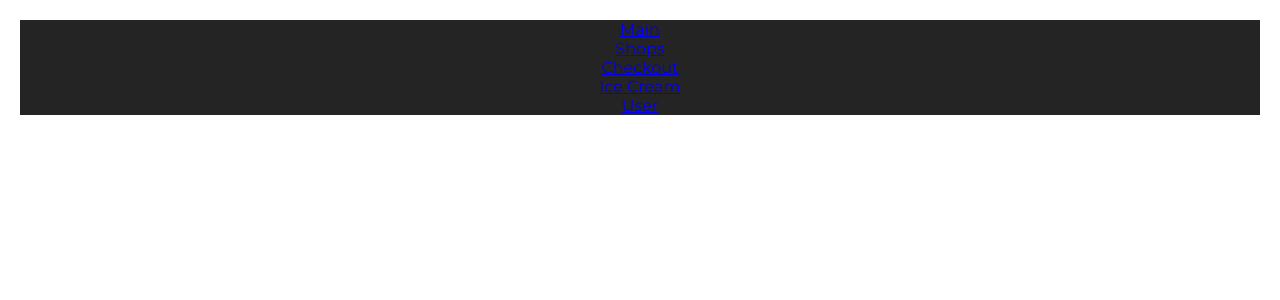
Repository: squirrellypenguin/Frozzy-React-Frontend
Page: /user
An editor plug-in stored every save of this project. The page is shown before and after the next save, followed by the edit.
The browser window is 1280 px wide. The pictures show the whole page.
The page's requests for data from a server got no answer. The project was rebuilt for these pictures with package versions that can differ from the ones it lists, and the page was loaded fresh each time. No one was signed in, and anything a server would have sent is missing. Also part of the build but not shown: src/pages/checkout.js, src/pages/icecream.js, src/pages/edituser.js, src/pages/shop.js. Imported but missing from the stored project, and not drawn on this page: src/pages/main.

Above is the page before, as saved 2021-05-25 15:22:45.

### public/index.html
<!DOCTYPE html>
<html lang="en">
  <head>
    <meta charset="utf-8" />
    <link rel="icon" href="%PUBLIC_URL%/favicon.ico" />
    <meta name="viewport" content="width=device-width, initial-scale=1" />
    <meta name="theme-color" content="#000000" />
    <meta
      name="description"
      content="Web site created using create-react-app"
    />
    <link rel="apple-touch-icon" href="%PUBLIC_URL%/logo192.png" />
    <link rel="preconnect" href="https://fonts.gstatic.com">
<link href="https://fonts.googleapis.com/css2?family=Montserrat:wght@300;400;500;600&display=swap" rel="stylesheet">
    <!--
      manifest.json provides metadata used when your web app is installed on a
      user's mobile device or desktop. See https://developers.google.com/web/fundamentals/web-app-manifest/
    -->
    <link rel="manifest" href="%PUBLIC_URL%/manifest.json" />
    <!--
      Notice the use of %PUBLIC_URL% in the tags above.
      It will be replaced with the URL of the `public` folder during the build.
      Only files inside the `public` folder can be referenced from the HTML.

      Unlike "/favicon.ico" or "favicon.ico", "%PUBLIC_URL%/favicon.ico" will
      work correctly both with client-side routing and a non-root public URL.
      Learn how to configure a non-root public URL by running `npm run build`.
    -->
    <title>React App</title>
  </head>
  <body>
    <noscript>You need to enable JavaScript to run this app.</noscript>
    <div id="root"></div>
    <!--
      This HTML file is a template.
      If you open it directly in the browser, you will see an empty page.

      You can add webfonts, meta tags, or analytics to this file.
      The build step will place the bundled scripts into the <body> tag.

      To begin the development, run `npm start` or `yarn start`.
      To create a production bundle, use `npm run build` or `yarn build`.
    -->
  </body>
</html>

### src/index.js
import React from 'react';
import ReactDOM from 'react-dom';
import './index.css';
import App from './App';
import reportWebVitals from './reportWebVitals';
import { BrowserRouter as Router} from 'react-router-dom'



ReactDOM.render(
  <Router>
    <React.StrictMode>
      <App />
    </React.StrictMode>
  </Router>,
  document.getElementById('root')
);

// If you want to start measuring performance in your app, pass a function
// to log results (for example: reportWebVitals(console.log))
// or send to an analytics endpoint. Learn more: https://bit.ly/CRA-vitals
reportWebVitals();

### src/index.css


:root {
  --main-white:  #ededed;
  --main-black: #242424;
  --main-grey: #909294;
  --main-red: #EE4540;
}
body {
  margin: 0; /* <-- Codys code */
  font-family: 'Montserrat'; /* <-- Codys code */
  /* font-family: -apple-system, BlinkMacSystemFont, 'Segoe UI', 'Roboto', 'Oxygen',
    'Ubuntu', 'Cantarell', 'Fira Sans', 'Droid Sans', 'Helvetica Neue',
    sans-serif; */
  -webkit-font-smoothing: antialiased;
  -moz-osx-font-smoothing: grayscale;
}


#main-image-container {
  /* border: 2px solid red; */
  height: 600px;
  background: var(--main-black);
  display: flex;
  justify-content: center;
  width: 100%;
  margin: 0 auto;
}

/* ----------- can delete BLACK-BACKGROUND when moved into JSX -------------- */
#black-background {
  /* border: 2px solid hotpink; */
  background: var(--main-black);
  height: 1000px;
}
/* ----------- can delete BLACK-BACKGROUND when moved into JSX -------------- */

#main-background {
  /* border: 2px solid hotpink; */
  /* height: 1500px; */
  /* transform: scale(1.3); */
}

#main-logo-container {
  /* border: 2px solid hotpink; */
  display: flex;
  justify-content: center;
  position: relative;
  bottom: 350px;
  overflow: hidden;
  width: 100%;
  transform: scale(.7);
}

#main-logo {
  /* border: 2px solid rgb(47, 226, 236); */
  transform: scale(.7);
}

#main-greeting-container {
  /* border: 2px solid red; */
  position: relative;
  bottom: 230px;
  color: var(--main-grey);
  font-family: 'Montserrat';
  font-size: .7em;
  text-align: center;
  width: 60%;
  margin: 0 auto;
}

#main-login-button-container {
  /* border: 2px solid red; */
  margin: 0 auto;
  display: flex;
  flex-direction: column;
  justify-content: center;
  width: 60%;
  position:relative;
  bottom: 200px;
}
#main-login-button {
  /* border: 2px solid red; */
  /* display: flex; */
  /* justify-content: center; */
  border: none;
  height: 40px;
  border-radius: 20px;
  background: var(--main-red);
  color: var(--main-white);
  font-family: 'Montserrat';
}
#main-login-button:hover {
  background: var(--main-black);
  border: 1px solid var(--main-grey)
}

#page-container{
/* border: 2px solid red; */
background-color: var(--main-black);
/* height: 1800px; */
/* width: 100%; */
}


#ic-image-container {
  /* border: 2px solid red; */
  /* margin: 0 auto;  */
  /* width: 100vw;  */
  /* overflow: hidden; */
}

#ic-photo {
  /* border: 2px solid red; */
  width: 100%;
  height: auto;
  background-image: cover;
}

.fav-icon {
  /* border: 2px solid red; */
  position: relative;
  bottom: 25px;
  left: 150px;
  transform: scale(1.7);
  filter: drop-shadow(0px 3px 1.5px red);
}

/* ---------------------- Middle Name/price/star section-------------------- */
#ic-name h2{
  /* border: 2px solid red; */
  margin: 0 0 0 10px;
  position: relative;
  bottom: 15px;
  width: 80%;
  color: var(--main-white);
  text-align: left;
}
#ic-stars-container{
  /* border: 2px solid red; */
  width: 100%;
  /* margin: 0; */
  padding: 0 0 0 6px;
  position: relative;
  bottom: 17px;
}
#ic-stars {
  /* border: 2px solid hotpink; */
  text-align: left;
}

#ic-stars img {
  /* border: 2px solid hotpink; */
  transform: scale(.7);

}
#ic-stars img:hover {
  transform: scale(.85);
}

#ic-price {
  /* border: 2px solid red; */
  color: var(--main-white);
  width: 150px;
  text-align: center;
  position: relative;
  left: 210px;
  bottom: 40px;
}

/* ---------------------- Middle Description area-------------------- */
#ic-description-container {
  /* border: 2px solid red; */
  width: 90%;
  margin: 0 auto;
  padding-bottom:15px;
  text-align: left;
  position: relative;
  bottom: 40px;
}

#ic-description-heading {
  /* border: 2px solid red; */
  color: var(--main-white);
}

#ic-description-copy {
  /* border: 2px solid red; */
  color: var(--main-grey);
  padding-bottom: 30px;
  border-bottom: 1px solid var(--main-grey);
}

/* ---------------------- Lower Customize area-------------------- */
#ic-customize-container {
  /* border: 2px solid red; */
  width: 90%;
  height: 200px;
  margin: 0 auto;
  padding-bottom:15px;
}

#ic-customize-heading {
  /* border: 2px solid red; */
  width: 90%;
  margin: 0;
  color: var(--main-white);
  margin-bottom: 20px;
  text-align: left;
}

#ic-customize-dropdown-container {
  /* border: 2px solid red;  */
}

 .ic-customize-dropdown {
   /* border: 2px solid red; */
   display: block;
   width: 100%;
   height: 50px;
   color: var(--main-grey);
   text-align: center;
   font-size: 1em;
   border-radius: 5px;
   background-color: var(--main-white);
   margin: 10px 0 10px 0;
   font-family: 'Montserrat';
 }
 .ic-customize-dropdown:hover {
 background: var(--main-black);
}

### src/App.js
import { Switch,Route } from 'react-router-dom';
import './App.css';
import Checkout from './pages/checkout'
import Main from './pages/main'
import Creem from './pages/icecream'
import User from './pages/user'
import Shop from './pages/shop'
import Nav from './components/nav'
import React from 'react';
import Edituser from './pages/edituser'


function App() {
  const url = "https://frozzybe.herokuapp.com"

  // State that will hold shops
  const [shops, setShops] = React.useState([])
  // State to hold ice cream flavors
  const [creems, setCreems] = React.useState([])
  const [edit, setEdit] = React.useState()

  const selectedEdit = (user) => {
    setEdit(user)
  }


  let [users, setUsers] = React.useState([])
  const getUsers = async () => {
    const response = await fetch(url + "/user");
    console.log(response)
    const data = await response.json();
   console.log("read for this", data)
    setUsers(data)
  };


  const deleteUser = (user) => {
    fetch(url + "/user/" + user._id, {
      method: "delete"
    })
    .then(() => {
      getUsers()
    })
  }
  //state to hold ratings
  const [ratings, setRatings] = React.useState([])

  // variable to hold to Empty flavor
  const emptyCreem = {
    rating: [],
    name: "",
    img:  "",
    story: "",
    cost: 0,
  }


  //empty rating variable
  const emptyRating = {
    rating: 0
  }




  // state that represents selected flavor
  const [selectedCreem, setSelectedCreem] = React.useState(emptyCreem)
const [cart, setCart] = React.useState([])
  // state for rating
  const [selectedRating, setselectedRating] = React.useState(emptyRating)

  const selectCart = (creem, index) => {
    console.log("lifted State", creem)
    setCart([...cart, creem])
  //  handleRatingUpdate(rating, id)
  }

  const removeFromCart = (pos) => {
    console.log("pos",pos)
    const updatedCart = cart.filter((flavor, index) => index !== pos)
    setCart(updatedCart)
  }

  // function that will get all the flavors
  const getCreems = () => {
    fetch(url + "/creem/")
    .then((response) => response.json())
    .then((data) => {
      setCreems(data)
    })
  }



  // function to get all shops
  const getShops = () => {
    fetch(url + "/store/")
    .then((response) => response.json())
    .then((data) => {
      setShops(data)
    })
  }

  // function to get ratings
  const getRating = () => {
    fetch(url + "/creem" + "/rating")
    .then((response) => response.json())
    .then((data) => {
      setRatings(data)
      console.log("ratings", setRatings)
    })
  }

  //useEffect to get shop data
  React.useEffect(() =>{
    getShops()
    getUsers();
  }, [])

  //useEffect to get the flavor data right away
  React.useEffect(() => {
    getCreems()
  }, [])

  // handleCreate function for form submission of
 const handleCreate = (newCreem) => {
    fetch(url + "/creem/", {
      method: "POST",
      headers: {
        "Content-type": "application/json"
      },
      body: JSON.stringify(newCreem)
    })
    .then(() => getCreems())
  }

  // handleUpdate function for when edit form is sumbitted
  const handleUpdate = (creem) => {
    fetch(url + "/creem/" + creem, {
      method: "PUT",
      headers: {
        "Content-Type": "application/json"
      },
      body: JSON.stringify(creem)
    })
    .then(() => getCreems())
  }

  const handleEdit = (user) => {
    fetch(url + "/user/" + user._id, {
      method: "PUT",
      headers: {
        "Content-Type": "application/json"
      },
      body: JSON.stringify(user)
    })
    .then(() => getUsers())
  }


  // handleUpdate function for form submission on rating
  const handleRatingUpdate = (rating, id) => {
    let body = { rating: rating}
    fetch(url + "/creem/rating/" + id, {
      method: "PUT",
      headers: {
        "Content-Type":"application/json"
      },
      body: JSON.stringify(body)
    })
    .then(() => getRating())
  }

  // function to specifiy the flavor being updated
  const selectCreem = (creem) => {
    setSelectedCreem(creem)
  }


  //function to specify which rating is being updated
  const selectRating = (rating, id) => {
    console.log("lifted State")
    console.log(id, rating)
   handleRatingUpdate(rating, id)
  }

  // function to delete individual flavors
  const deleteCreem = (creem) => {
    fetch(url + "/creem/" + creem._id, {
      method: "delete"
    })
    .then(() => {
      getCreems()
    })
  }

  return (
    <div className="App">
      <Nav />
      <Switch>
        <Route exact path="/" render={(rp) =>
          <Main
          {...rp}
          shops={shops}
           />} />
        <Route exact path="/shop" render={(rp) =>
          <Shop
          {...rp}
          shops={shops}
          />} />
        <Route path="/checkout" render={(rp) =>
          <Checkout
          {...rp}
          cart={cart}
          creem={creems}
          selectedCreem={selectedCreem}
          removeFromCart={removeFromCart}
          handleSubmit={handleUpdate}
          deleteCreem={deleteCreem}
          selectCreem={selectCreem}
          />} />

         <Route exact path="/icecream" render={(rp) =>
          <Creem
          {...rp}
          handleRatingSubmit={handleRatingUpdate}
          selectRating={selectRating}
          selectCart={selectCart}
          creems={creems}
          // selectedRating={selectedRating}
          handleSubmit={handleUpdate}
          // selectRating={selectRating}

          />} />

<Route exact path="/user" render={(rp) =>
          <User  {...rp} users={users}    selectedEdit={selectedEdit}    deleteUser={deleteUser}   />

} />
    <Route
            exact
            path="/edit"
            render={(rp) => (
              <Edituser
              {...rp}
              label="update"
              user={edit}

              handleSubmit={handleEdit} />
            )}
          />
      </Switch>
    </div>
  )
}

export default App;

### src/App.css
.App {
  text-align: center;
  background-color: #242424;
}

.App-logo {
  height: 40vmin;
  pointer-events: none;
}

@media (prefers-reduced-motion: no-preference) {
  .App-logo {
    animation: App-logo-spin infinite 20s linear;
  }
}

.App-header {
  background-color: #282c34;
  min-height: 100vh;
  display: flex;
  flex-direction: column;
  align-items: center;
  justify-content: center;
  font-size: calc(10px + 2vmin);
  color: white;
}

.App-link {
  color: #61dafb;
}

@keyframes App-logo-spin {
  from {
    transform: rotate(0deg);
  }
  to {
    transform: rotate(360deg);
  }
}
/* // Sample code suplpied from  */
/* // https://codepen.io/jamesbarnett/pen/vlpkh */

@import url(//netdna.bootstrapcdn.com/font-awesome/3.2.1/css/font-awesome.css);

fieldset, label { margin: 0; padding: 0; }
body{ margin: 20px; }
h1 { font-size: 1.5em; margin: 10px; }

/****** Style Star Rating Widget *****/

.rating {
  border: none;
  float: left;
}

.rating > input { display: none; }
.rating > label:before {
  margin: 5px;
  font-size: 1.25em;
  font-family: FontAwesome;
  display: inline-block;
  content: "\f005";
}

.rating > .half:before {
  content: "\f089";
  position: absolute;
}

.rating > label {
  color: #ddd;
 float: right;
}

/***** CSS Magic to Highlight Stars on Hover *****/

.rating > input:checked ~ label, /* show gold star when clicked */
.rating:not(:checked) > label:hover, /* hover current star */
.rating:not(:checked) > label:hover ~ label { color: #FFD700;  } /* hover previous stars in list */

.rating > input:checked + label:hover, /* hover current star when changing rating */
.rating > input:checked ~ label:hover,
.rating > label:hover ~ input:checked ~ label, /* lighten current selection */
.rating > input:checked ~ label:hover ~ label { color: #FFED85;  }


/* USer forms */


.container {
  display: grid;

}

.form {
  list-style: none;
}

.form-header {
  color: #EE4540;
  text-shadow: rgb(237, 237, 237, .35) 0px 0px .5px,   rgb(237, 237, 237, .35) 0px 0px .5px,   rgb(237, 237, 237, .35) 0px 0px .5px,
             rgb(237, 237, 237, .35) 0px 0px .5px,   rgb(237, 237, 237, .35) 0px 0px .5px,   rgb(237, 237, 237, .35) 0px 0px .5px;
}

.form li {
  padding-bottom: 10px;

}

.form li input {
  border: none;
  border-bottom: 2px solid #EE4540;

  color: #ededed;
  background: -webkit-linear-gradient(360deg ,#1c1c1c 0%, #494949 175%);
  background: -moz-linear-gradient(360deg, #1c1c1c 0%, #494949 175%);
  background: linear-gradient(360deg, #1c1c1c 0%, #494949 175%);
}

### src/pages/user.js
import React from "react";
import {useEffect} from "react"
import {useState} from "react"
import Edituser from './edituser'
import { Switch,Route } from 'react-router-dom';

const User = (props) => {

//   let shops =props.shops
  // handleUpdate function for when edit form is sumbitted

console.log(props.users)
  let user = props.users.map((user, index) => {
     console.log(user.lastname);

    return (
      <div  key={index}>
        {/* <img src={hero.images.sm} alt="small-profile-picture" /> */}
        <div className="small-container">
        <h2>{user.user} User {index + 1} {user.first} {user.last}</h2>

          <h3>{user.phone}</h3>
          <h3>{user.email}</h3>
          <h3>{user.address} {user.city}</h3>
          <h3>{user.state} {user.zip}</h3>
          <button id="edit" onClick={() => {
            props.selectedEdit(user)
            props.history.push("/edit")
          }}>Edit</button>

        <button id="delete"onClick={() => {
            props.deleteUser(user)
          }}>
            Delete
          </button>
        </div>
      </div>
    );
  });
  return (
    <div>

   {user} </div>
  )
};

export default User;

### src/components/nav.js
import React from 'react';
import { Link } from 'react-router-dom';

const Nav = (props) => {
    return(
        <div>
            <Link to="/">
                <div>Main</div>
            </Link>
            <Link to="/shop">
                <div>Shops</div>
            </Link>
            <Link to="/checkout">
                <div>Checkout</div>
            </Link>
            <Link to="/icecream">
                <div>Ice Cream</div>
            </Link>
            <Link to="/user">
                <div>User</div>
            </Link>
        </div>
    )
}

export default Nav

Loaded but not shown: src/reportWebVitals.js (common file)

After the next save:
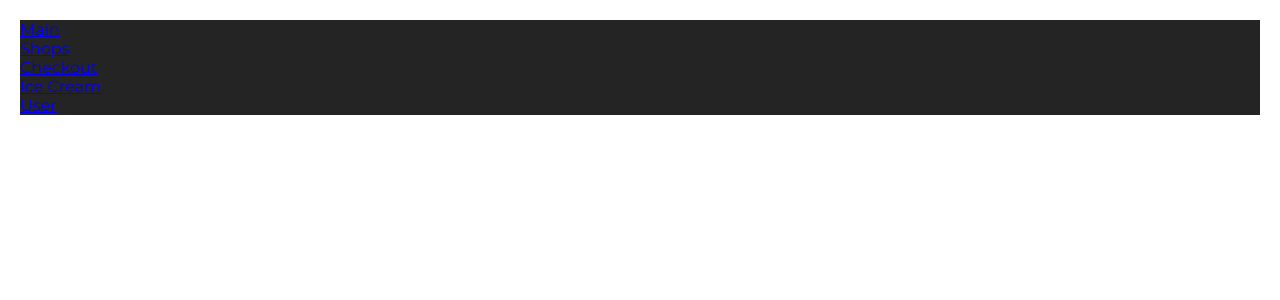
Saved 63 s later.
--- a/src/App.css
+++ b/src/App.css
@@ -1,5 +1,5 @@
 .App {
-  text-align: center;
+
   background-color: #242424;
 }
 
